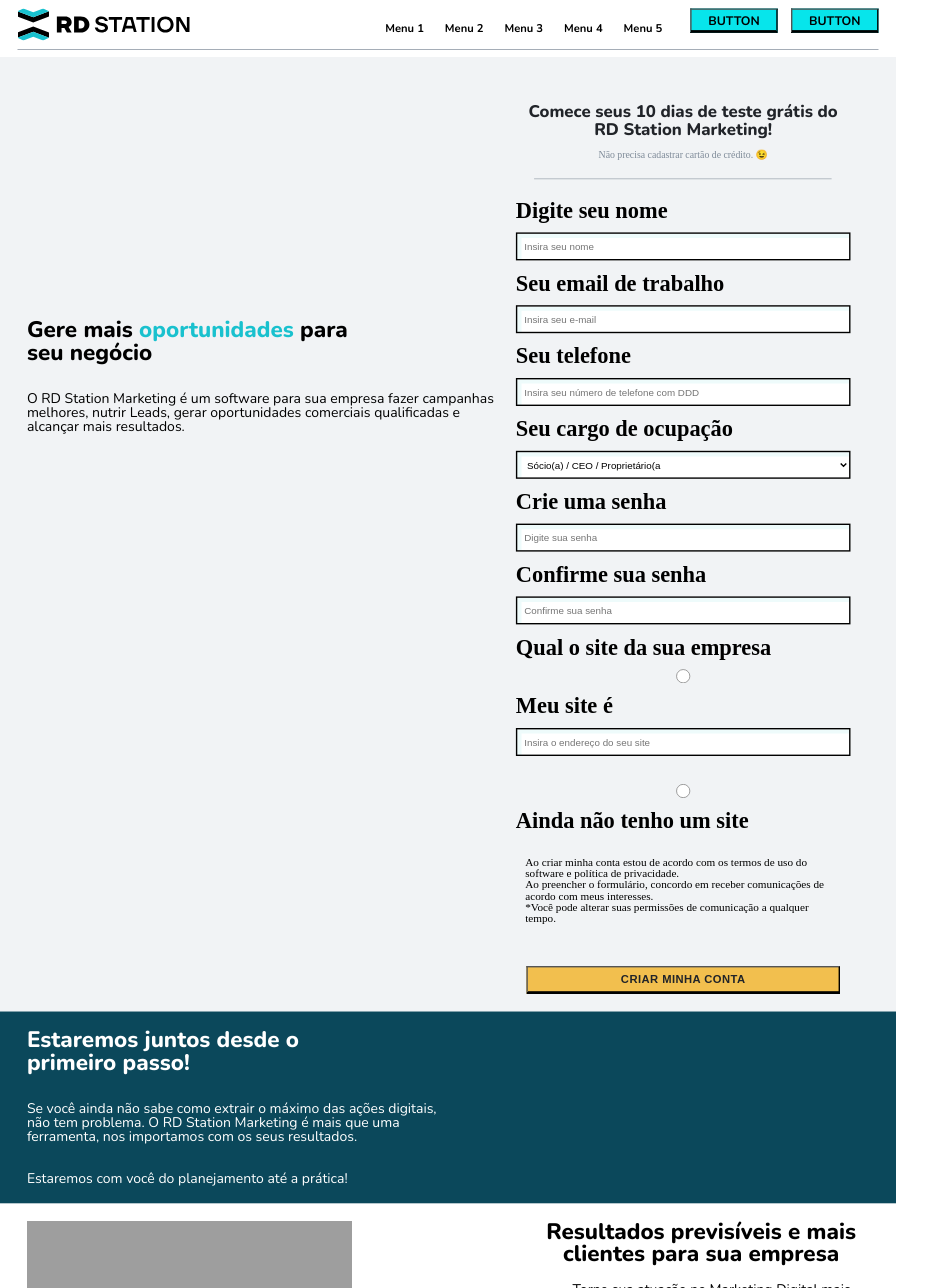
Repository: LarisseLima/rd
Page: index.html
These files come from the project's save history. The page is drawn as it stood at one moment and after the next save; the edit follows.
The browser window is 1280 px wide. The page is 1356 px wide, so the pictures cover 1356 px, including what lies to the right of the window. The pictures show the part of the page from y = 0 to 1840 px (the page is 4697 px tall), at 70% of full size.
Pictures or frames that could not be fetched are drawn as grey boxes.

Above is the page before, as saved 2021-07-27 14:15:13.

### index.html
<!DOCTYPE html>
<html>
  <head>
    <meta charset="utf-8" />
    <meta name="viewport" content="width=device-width, initial-scale=1" />
    <title>Rd Station</title>
    <link rel="shortcut icon" href="assets//favicon.png" />
    <link rel="stylesheet" href="css/index.css" />
  </head>
  <body>
    <header class="header">
      <div class="container">
        <img class="container_logo" src="assets/logo.svg" alt="Logo RD" />
        <nav class="header_nav">
          <ul>
            <li>Menu 1</li>
            <li>Menu 2</li>
            <li>Menu 3</li>
            <li>Menu 4</li>
            <li>Menu 5</li>
          </ul>
          <div>
            <button className="btn-primary">button</button>
            <button>button</button>
          </div>
        </nav>
      </div>
    </header>
    <main>
      <section class="section_modal">
        <div class="container">
          <div class="section_modal_info">
            <h2 class="section_modal_title">
              Gere mais <span>oportunidades</span>  para seu negócio
            </h2>
            <p class="section_modal_paragraph">
              O RD Station Marketing é um software para sua empresa fazer
              campanhas melhores, nutrir Leads, gerar oportunidades comerciais
              qualificadas e alcançar mais resultados.
            </p>
          </div>
          <form method="post" action="https://app.rdstation.com.br/signup">
            <header>
              <h4>Comece seus 10 dias de teste grátis do RD Station Marketing!</h4>
              <h5>Não precisa cadastrar cartão de crédito. 😉</h5>
            </header>
            <label >Digite seu nome</label>
            <input
              type="text"
              name="name"
              placeholder="Insira seu nome"
            />
            <label >Seu email de trabalho</label>
            <input
              type="email"
              name="email"
              placeholder="Insira seu e-mail"
            />
            <label >Seu telefone</label>
            <input
              type="tel"
              name="telefone"
              placeholder="Insira seu número de telefone com DDD"
            />

            <label >Seu cargo de ocupação</label>
            <select
              name="cargo"
              placeholder="Age..."
            >
              <option value="ceo">Sócio(a) / CEO / Proprietário(a</option>
              <option value="diretorVendas">Diretor(a) de Vendas</option>
              <option value="diretorMarketing">Diretor(a) de Marketing</option>
              <option value="diretorOA">Diretor(a) Outras Áreas</option>
              <option value="gerenteVendas">"Gerente de Vendas</option>
              <option value="supervisorMarketing">
                Coordenador(a)/Supervisor(a) de Marketing
              </option>
              <option value="supervisorVendas">Coordenador(a)/Supervisor(a) de Vendas</option>
              <option value="analistaMarketing">Analista/Assistente de Marketing</option>
              <option value="analistaVendas">Analista/Assistente de Vendas</option>
              <option value="vendedorContas">Vendedor(a) / Executivo(a) de Contas</option>
              <option value="estudante">Estudante</option>
              <option value="OC">Outros Cargos</option>

            </select>

            <label >Crie uma senha</label>
            <input
              type="password"
              name="password"
              placeholder="Digite sua senha"
            />
            <label >Confirme sua senha</label>
            <input
              type="password"
              name="confirmPassword"
              placeholder="Confirme sua senha"
            />
            <label>Qual o site da sua empresa</label>
            <input type="radio" name='site' id="site" />
            <label htmlFor='site'>Meu site é </label>
            <input
              type="text"
              name="site"
              placeholder="Insira o endereço do seu site"
            />
            <input type="radio" name='site' id="site" />
            <label htmlFor='site'>Ainda não tenho um site  </label>

            <ul>
              <li>
                Ao criar minha conta estou de acordo com os termos de uso do software e política de privacidade.
              </li>
              <li>
                Ao preencher o formulário, concordo em receber comunicações de acordo com meus interesses.
              </li>
              <li>
                *Você pode alterar suas permissões de comunicação a qualquer tempo.
              </li>
            </ul>
            <button>criar minha conta </button>
          </form>
          </div>
        </div>
      </section>
      <section class="section_rd">
        <div class="container">
          <div class="section_rd_info">
            <h2 class="section_rd_title">
              Estaremos juntos desde o primeiro passo!
            </h2>
            <p class="section_rd_paragraph">
              Se você ainda não sabe como extrair o máximo das ações digitais, não tem problema. O RD Station Marketing é mais que uma ferramenta, nos importamos com os seus resultados.
            </p>
            <p class="section_rd_paragraph">
              Estaremos com você do planejamento até a prática!
            </p>
          </div>
        </div>
          </div>
        </div>
      </section>
      <section class="section_photo">
        <div class="container">
          <div class="section_img">
            <img src="assets/img-rdoer.svg" alt="">
          </div>
          <div class="section_img_about">
            <h2 class="section_img_about_title">
              Resultados previsíveis
              e mais clientes para sua empresa
            </h2>
            <h3 class="section_img_about_subtitle">Torne sua atuação no Marketing Digital mais eficaz</h3>
            <div class="section_list">
              <ul class="section_list_ul">
              <li class="section_list_li">
                <img src="assets/checkmark.svg" alt="">
                <strong>Ferramentas intuitivas</strong> e com modelos prontos, vídeos explicativos e passo a passo guiado
              </li>
              <li class="section_list_li">
                <img src="assets/checkmark.svg" alt="">
                <strong>Implementação com especialistas</strong>focada em planejamento e prática (nos planos Marketing Pro e Enterprise)
              </li>
              <li class="section_list_li">
                <img src="assets/checkmark.svg" alt="">
                <strong>Time de especialistas em Sucesso do Cliente</strong> para apoiar na otimização da estratégia em cada fase da sua jornada (nos planos Marketing Pro e Enterprise)
              </li>
              <li class="section_list_li">
                <img src="assets/checkmark.svg" alt="">
                <strong>Suporte técnico</strong> em português, espanhol e inglês para tirar dúvidas, com 97% de satisfação entre nossos clientes
              </li>
              <li class="section_list_li">
                <img src="assets/checkmark.svg" alt="">
                <strong>Muito conteúdo educativo,</strong> eventos, cursos da RD University e comunidades para você continuar evoluindo
              </li>
            </ul>
              </div>
          </div>
        </div>
      </section>
      <section class="section_cards">
        <div class="container">
          <div class="section_cards_info">
            <h2 class="section_cards_title">
              A ferramenta de Automação de Marketing líder na América Latina
            </h2>
            <div class="card_row">
              <div class="card_row_info color">
                <h2>Torne sua operação de Marketing Digital mais produtiva</h2>
                <p>Chega de usar várias ferramentas separadas e perder as informações no caminho! Somos o que chamam de ferramenta tudo-em-um: reunimos os principais recursos de Marketing Digital em um só lugar para sua operação ser mais eficaz.</p>
                <img class="image" src="assets/icons/card-1.svg" alt="icon" />
              </div>

              <div class="card_row_info color">
                <h2>Crie facilmente
                  campanhas que funcionam</h2>
                <p>É fácil usar o RD Station Marketing, porque suas funcionalidades são simples, mas poderosas, e contam com dezenas de modelos — como de Landing Pages, Pop-ups, emails — para diversas ocasiões e segmentos que você pode personalizar de acordo com a sua campanha.</p>
                <img class="image" src="assets/icons/card-2.svg" alt="settings" />
              </div>

              <div class="card_row_info color">
                <h2>Construa jornadas personalizadas e gere vendas em escala</h2>
                <p>Envie a mensagem certa na hora certa e construa jornadas personalizadas que geram até 5x mais conversões e guiam Leads até a compra. Automatize também suas tarefas e aumente a produtividade de Marketing e Vendas.</p>
                <img class="image" src="assets/icons/card-3.svg" alt="article" />
              </div>

            </div>
            <div class="card_row">
              <div class="card_row_info color">
                <h2>Encontre automaticamente as melhores oportunidades</h2>
                <p>Conheça melhor seu público, de acordo com as informações capturadas nas suas páginas e formulários. Defina critérios para identificar automaticamente Leads com maior potencial de compra e envie para o comercial oportunidades qualificadas.</p>
                <img class="image" src="assets/icons/card-4.svg" alt="icon" />
              </div>

              <div class="card_row_info color">
                <h2>Saia da incerteza e comprove resultados</h2>
                <p>Ao invés de fazer uma série de ações isoladas, sem saber qual funciona, junte as informações de todos os seus contatos e suas ações em diferentes canais com recursos de análise para provar que Marketing Digital traz mais vendas e clientes.</p>
                <img class="image" src="assets/icons/card-5.svg" alt="settings" />
              </div>

              <div class="card_row_info color">
                <h2>Suporte ágil e na sua língua</h2>
                <p>Nosso time de suporte técnico está disponível quando você precisar, com uma taxa de satisfação de 97% entre nossos clientes e um tempo médio de resolução de 6 horas. E o melhor: tudo isso em português.</p>
                <img class="image" src="assets/icons/card-3.svg" alt="article" />
              </div>

            </div>
          </div>
        </div>
          </div>
        </div>
      </section>
      <section class="section_mk">
        <div >
          <div class="section_mk_info">
            <h2 class="section_mk_title">
              Por que mais de 25.000 empresas escolheram o RD Station?
            </h2>
            <p class="section_mk_paragraph">
              Combinamos nossos produtos de Marketing e Vendas com pessoas que se importam com seus resultados e um ecossistema que apoia o seu negócio do planejamento à prática.
            </p>
            <div class="section_mk_button">
             <a href="https://app.rdstation.com.br/signup" target="blank"> <img src="assets/button-yellow.svg" alt="Botão criar conta"></a>
            </div>
          </div>
        </div>
          </div>
        </div>
      </section>
      <section class="section_video">
        <div class="container">
          <div class="section_video_about">
            <h2 class="section_video_about_title">
              Entenda melhor como o RD Station Marketing funciona na prática
            </h2>
            <div class="section_video_button">
              <a href="https://app.rdstation.com.br/signup" target="blank"> <img src="assets/button-play.svg" alt="Botão criar conta"></a>
             </div>
          </div>
          <iframe
            width="560"
            height="315"
            src="https://www.youtube.com/embed/lGCesaaLi4s?controls=0"
            frameborder="0"
            allowfullscreen
          ></iframe>
        </div>
      </section>
      <section class="section_logos">
        <div class="container">
          <div class="section_logos_about">
            <h2 class="section_logos_title">
              Torne sua operação de Marketing ainda mais poderosa
            </h2>
            <p class="section_logos_paragraph">
              O RD Station Marketing se conecta as principais ferramentas nacionais e internacionais
            </p>
            <div class="section_logos_button">
              <a href="https://app.rdstation.com.br/signup" target="blank"> <img src="assets/button-blue.svg" alt="Botão criar conta"></a>
             </div>
          </div>
          <div class="section_logos_img"> <img src="assets/section-logos.svg" alt="Logo empresas"></div>
        </div>
      </section>
    </main>
    <footer class="footer">
      <section class="footer_section">
          <div class="footer_section_img">
                <img src="assets/logo2.svg" alt="Logo RD" />
          </div>
            <div class="footer_section_icons">
              <ul>
                  <li><a href="https://twitter.com/rd_station" target="blank" ><img src="assets/twitter.svg" alt="Icone do Twitter"/></a></li>
                  <li><a href="https://www.facebook.com/ResultadosDigitais/"  target="blank" ><img src="assets/facebook.svg" alt="Icone do faceboock"/></a></li>
                  <li><a href="https://www.linkedin.com/company/resultadosdigitais"  target="blank" ><img src="assets/linkedin.svg" alt="Icone do Linkedin"/></a></li>
                  <li><a href="https://www.instagram.com/resdigitais/
                    "  target="blank" ><img src="assets/instagram.svg" alt="Icone do Instagram"/></a></li>
                  <li><a href="https://www.youtube.com/channel/UC5lPKvmw6-DFya_qreisENQ"   target="blank" ><img src="assets/youtube.svg" alt="Icone do Youtube"/></a></li>
              </ul>
          </div>
          </div>
          <div class="footer_section_row"></div>
          <div class="footer_section_info">
            <h3 class="footer_section_info_h3">© 2021 <span>RD Station.
               </span><a href="https://legal.rdstation.com/pt/privacy-policy/">Política de Privacidade.</a> </h3>
          </ul>
      </section>
    </footer>
  </body>
</html>

### css/index.css
@import "style.css";
@import "reset.css";

### css/style.css
@import url("https://fonts.googleapis.com/css2?family=Nunito:wght@300;400;700;800&display=swap");

body {
  font-family: "Nunito", sans-serif;
  background: var(--white);
}

.container {
  width: 94%;
  margin: 0 auto;
}

.container_logo{
  margin-bottom: 10px;
  width: 20%;
}

.header {
  margin-left: 25px;
  margin-right: 25px;
  background-color: var(--white);
  padding: 10px 0;
  display: flex;
  height: 100%;
  justify-content: space-around;
  align-items: center;
}

.header ul{
  padding: 20px 10px;
  list-style: none;
  display: flex;
  align-items: center;
  justify-content: center;
}

.header li{
  position: relative;
  cursor: pointer;
  font-size: 1.25rem;
  padding: 15px;
  align-items: center;
  font-size: 16px;
  font-weight: 700;
  font-family: "Nunito", sans-serif;
}
.header li:hover{
color: var(--blueHover)
}

.header .container {
  display: flex;
  align-items: center;
  justify-content: space-between;
  width: 100%;
  height: 60px;
  border-bottom: 1px solid var(--lighterGray-70);
  z-index: 9;
}

.header_nav {
  display: flex;
}

.header_nav button {
  margin-top: 15px;
  transition: 0.5s;
  font-size: 1.1rem;
  margin-left: 15px;
  font-weight: bold;
  color: var(--black);
  text-transform: uppercase;
  font-family: "Nunito", sans-serif;
}
.header_nav_button img {
  width: 85px;
}

.header_nav button:hover,
.section_mk_button img:hover,
.section_video_button img:hover,
.section_logos_button img:hover {
  transform: translateY(-5px);
  cursor: pointer;
}

.section_modal {
  background-image: url(/assets/shape1.svg);
  background-size: cover;
  background-repeat: no-repeat;
  padding: 25px 0;
  width: 100%;
  display: flex;
}

.section_modal_title{
  padding-top: 350px;
}

.section_modal_paragraph{
  padding-top: 40px;
  font-family: "Nunito", sans-serif;
  font-size: 20px;
  font-weight: 400;
}
.section_modal .container {
  color: var(--black);
  display: flex;
  justify-content: space-between;
}


form{
  width: 100%;
  height: 100%;
  display: flex;
  align-items: center;
  justify-content: center;
  flex-direction: column;
}

form header{
  width: 80%;
  display: flex;
  margin-top: 40px;
  padding-bottom: 24px;
  flex-direction: column;
  justify-content: center;
  align-items: center;
  border-bottom: 1px solid var(--lighterGray-60);
  margin-bottom: 32px;
}

form h4{
  width: 448px;
  height: 52px;
  left: 860px;
  font-family: "Nunito", sans-serif;
  font-weight: 800;
  font-size: 24px;
  line-height: 110%;
  text-align: center;
  color: var(--lighterGray-100);
}

form h5{
  width: 275px;
  height: 17px;
  margin-top: 16px;
  font-family: 'Nunito' Sans;
  font-size: 14px;
  line-height: 120%;
  text-align: center;
  color: var(--lighterGray-70);
}

form label{
  width: 90%;
  display: flex;
  flex-direction: column;
  font-family: 'Nunito' Sans;
  font-weight: 600;
  font-size: 32px;
  line-height: 24px;

}

form input, select{
  width: 90%;
  height: 40px;
  background: var(--white);
  padding: 10px;
  font-family: 'Nunito' Sans;
  font-style: normal;
  font-weight: normal;
  font-size: 14px;
  line-height: 20px;
  margin: 20px 0px;
  border: 2px solid var(--black);
  box-sizing: border-box;
  box-shadow: inset 6px 6px 0px #EEFBFB;
}

form input[type=radio]{
  width: 50%;
  height: 20px;
  display: flex;
  box-shadow: none;
}

form ul{
  display: flex;
  flex-direction: column;
  margin: 40px;
}

form button{
  text-transform: uppercase;
  display: flex;
  flex-direction: column;
  justify-content: center;
  align-items: center;
  padding: 0px;
  margin-top: 20px;
  width: 448px;
  height: 40px;
  left: 0px;
  top: 0px;
  font-family: 'Nunito' Sans;
  font-style: normal;
  font-weight: 800;
  font-size: 16px;
  line-height: 150%;
  text-align: center;
  letter-spacing: 0.04em;
  text-transform: uppercase;
  color: var(--lighterGray-100);
  background: var(--highlight-60);
  flex: none;
  order: 0;
  flex-grow: 0;
}

form button:hover{
  background: var(--blueHover);
}
.section_modal_title,
.section_rd_title,
.section_img_about_title,
.section_img_about_title,
.section_video_about_title,
.section_logos_title, .section_cards_title {
  font-weight: 900;
  width: 15em;
  font-family: "Nunito", sans-serif;
  font-size: 32px;
}

.section_modal_title span {
  color: var(--blueAscent);
}

.section_rd_paragraph,
.section_logos_paragraph,
.section_logos_paragraph {
  width: 600px;
  padding-right: 108px;
  padding-top: 40px;
  font-family: "Nunito", sans-serif;
  font-size: 20px;
  font-weight: 400;
}

.section_rd {
  background-color: var(--darkBlue);
  padding: 25px 0;
}

.section_rd .container {
  color: var(--white);
  display: flex;
  justify-content: space-between;
}

.section_photo {
  padding: 25px 0;
}

.section_photo .container {
  display: flex;
  justify-content: space-between;
}

.section_img img {
  height: 500px;
  width: 465px;
  border-radius: 0px;
}
.section_img_about {
  width: 450px;
  text-align: center;
  align-items: flex-end;
  display: flex;
  flex-direction: column;
  display: flex;
}


.section_img_about_subtitle {
  padding-top: 24px;
  font-weight: 400;
  font-family: "Nunito", sans-serif;
  font-size: 20px;
}

.section_list li {
  padding-top: 30px;
  font-weight: 400;
  font-family: "Nunito", sans-serif;
  font-size: 16px;
}

.section_list_li strong {
  font-weight: bolder;
}
.section_list_li img {
  height: 13px;
  width: 18px;
  margin-right: 19px;
  border-radius: 0px;
}
.section_cards{
  padding: 25px 0;
}

.card_row {
  padding-top: 55px;
  display: flex;
  justify-content: center;
  align-items: center;
}
.card_row_info {
  border-radius: 5px;
  box-shadow: 7px 7px 13px 0px rgba(50, 50, 50, 0.22);
  padding: 30px;
  margin: 20px;
  width: 400px;
  height: 450px;
  transition: all 0.3s ease-out;
}
.card_row_info:hover {
  transform: translateY(-5px);
  cursor: pointer;
}
 .card_row_info h2{
  font-weight: 900;
  font-family: "Nunito", sans-serif;
  font-size: 28px;
  line-height: 110%;
  display: flex;
  align-items: center;
 }
.card_row_info p {
  padding-top: 16px;
  color: var(--black);
  font-family: "Nunito", sans-serif;
  font-style: normal;
  font-weight: normal;
  font-size: 16px;
  line-height: 150%;
  display: flex;
  align-items: center;
}

.image {
  float: right;
  max-width: 54px;
  max-height: 54px;
}
.color {
  border-left: 3px solid var(--blueAscent);
}


.section_mk {
  margin-right: 135px;
  margin-left: 135px;
  background-color: var(--darkBlue);
  color: var(--white);
  text-align: center;
}

.section_mk_info  {
  width: 100%;
  align-items: center;
  display: flexbox;
  justify-items: center;
}

.section_mk_title {
  padding-top: 20px;
  font-weight: 900;
  font-family: "Nunito", sans-serif;
  font-size: 32px;
  text-align: center;
}

.section_mk_paragraph {
  padding-right: 108px;
  padding-top: 40px;
  font-family: "Nunito", sans-serif;
  font-size: 20px;
  font-weight: 400;
}

.section_mk_button img,
.section_video_button img,
.section_logos_button img {
  padding-top: 40px;
  width: 250px;
}

.section_video {
  background-color: var(--lighterGray);
  padding: 25px 0;
}
.section_video_about_title {
  padding-top: 66px;
}
.section_video .container {
  color: var(--black);
  display: flex;
  justify-content: space-between;
}

.section_video .container {
  color: var(--black);
  display: flex;
  justify-content: space-between;
}

.section_video_about_title {
  padding-top: 66px;
}


.section_logos {
  padding: 25px 0;
}
.section_logos_title{
  padding-top: 66px;
}
.section_logos .container {
  display: flex;
  justify-content: space-between;
}


.section_logos_img img {
  padding-top: 105px;
  align-items: flex-end;
}

.footer {
  background-color: var(--blueAscent);
  padding-top: 20px;
  text-align: center;
}

.footer_section_img img {
  width: 25%;
  height: 32px;
}

.footer_section_icons img {
  float: left;
  align-items: flex-end;
  margin-right: 20px;
  margin-top: 10px;
}

.footer_section_icons ul,
li,
a {
  display: inline-block;
  list-style: none;
  align-items: center;
  justify-content: center;
}
.footer_section_icons li:hover{
  transform: translateY(-5px);
}

.footer_section_info_h3{
  padding-top: 5px;
  font-family: "Nunito", sans-serif;
  font-size: 14px;
  text-align: center;
}

.footer_section_info_h3 span{
  font-weight: bolder;
}

.footer_section_info_h3 a{
  color: var(--black);
  text-decoration: underline;
}

.footer_section_info_h3 a:hover{
  color: var(--blueHover);
}
.footer_section_row {
  margin-top: 24px;
  width: 1354px;
  height: 0px;
  top: 4618px;
  border: 1px solid var(--white);
}

/* @media (min-width: 768px) {

}

Loaded but not shown: css/reset.css (177 lines, source omitted)

After the next save:
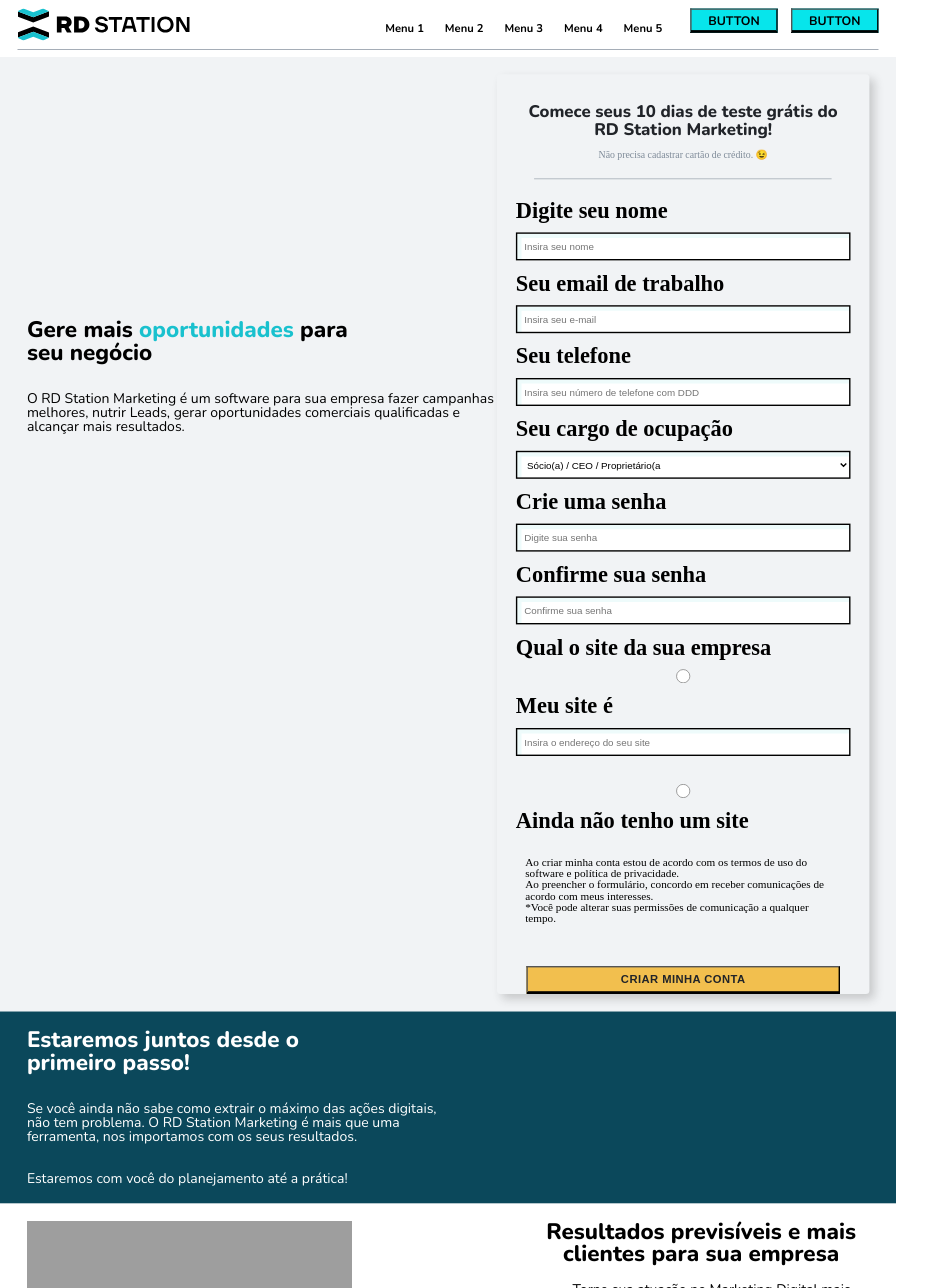
Saved 104 s later.
--- a/css/style.css
+++ b/css/style.css
@@ -111,6 +111,13 @@
 
 
 form{
+  border-radius: 5px;
+  box-shadow: 7px 7px 13px 0px rgba(50, 50, 50, 0.22);
+  /* padding: 30px;
+  margin: 20px;
+  width: 400px;
+  height: 450px;
+  transition: all 0.3s ease-out; */
   width: 100%;
   height: 100%;
   display: flex;
